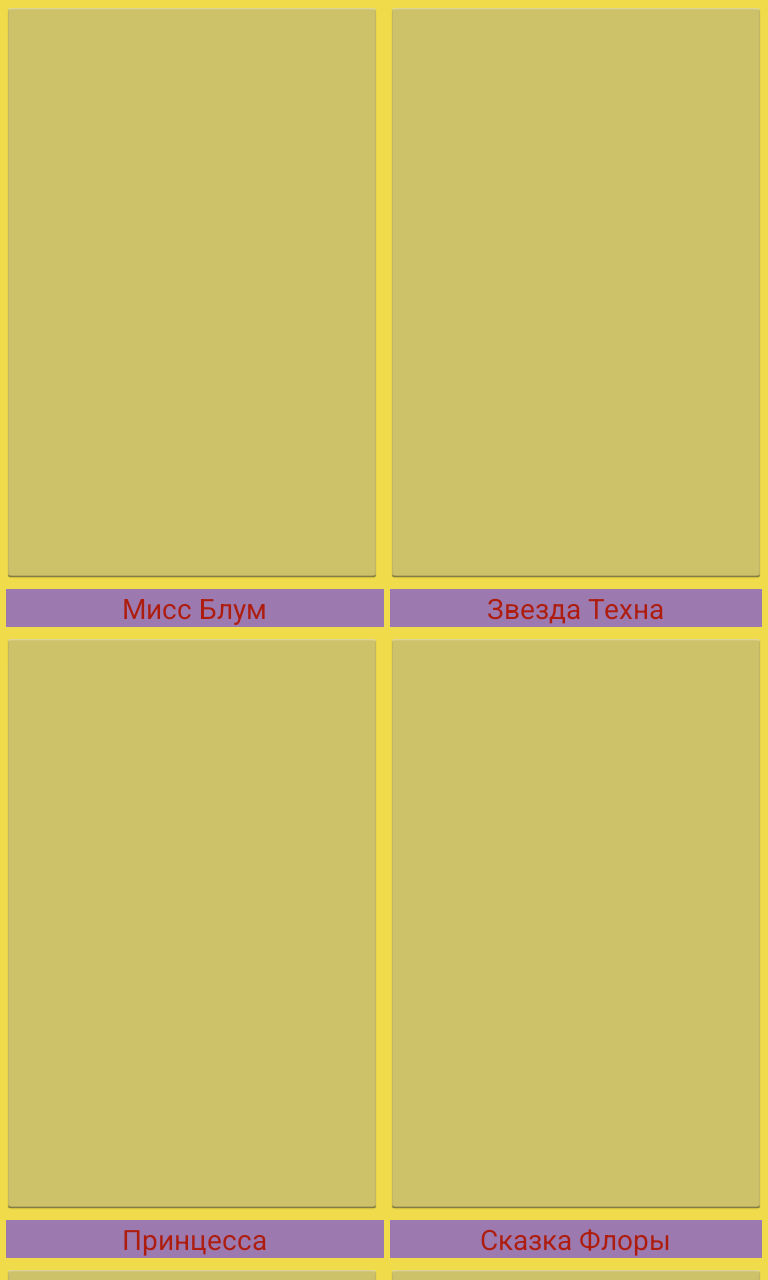
Repository: Skyremix/Winx
Layout: Winx/Winx/res/layout/stages.xml
An editor plug-in stored every save of this project. The layout is shown before and after the next save, followed by the edit.
It is drawn on a 768 x 1280 px phone screen (xhdpi) without system bars, with theme AppTheme; the app's code is not run.

Above is the layout before, as saved 2015-05-14 23:48:38.

### Winx/Winx/res/layout/stages.xml
<?xml version="1.0" encoding="utf-8"?>
<LinearLayout xmlns:android="http://schemas.android.com/apk/res/android"
    android:layout_width="match_parent"
    android:layout_height="match_parent"
    android:orientation="vertical"
    android:background="#F0DC4B">

    <LinearLayout
        android:layout_width="match_parent"
        android:layout_height="wrap_content"
        android:layout_weight="1" >

        <LinearLayout
            android:layout_width="match_parent"
            android:layout_height="match_parent"
            android:layout_weight="1" >

            <Button
                android:id="@+id/btnback"
                android:layout_width="wrap_content"
                android:layout_height="wrap_content"
                android:layout_gravity="center_horizontal"
                android:text="Back"
                android:textColor="#316664"/>

        </LinearLayout>

        <LinearLayout
            android:layout_width="match_parent"
            android:layout_height="match_parent"
            android:layout_weight="1">


        </LinearLayout>

    </LinearLayout>

    <LinearLayout
        android:layout_width="match_parent"
        android:layout_height="match_parent"
        android:layout_weight="1">

        <LinearLayout
            android:layout_width="match_parent"
            android:layout_height="match_parent"
            android:layout_weight="1" >

            <Button
                android:id="@+id/imageView1"
                android:layout_width="match_parent"
                android:layout_height="match_parent"
                android:layout_gravity="center_horizontal"
                android:src="@drawable/buttons"/>

        </LinearLayout>

        <LinearLayout
            android:layout_width="match_parent"
            android:layout_height="match_parent"
            android:layout_weight="1">

            <Button
                android:id="@+id/imageView2"
                android:layout_width="match_parent"
                android:layout_height="match_parent"
                android:src="@drawable/buttons" />

        </LinearLayout>

    </LinearLayout>

  <LinearLayout
	        android:layout_width="match_parent"
	        android:layout_height="wrap_content"
	        android:background="#F0DC4B" >

	                 <LinearLayout
            android:layout_width="match_parent"
            android:layout_height="match_parent"
            android:layout_weight="1.00"
            android:background="#9C79AE"
            android:gravity="center_horizontal"
            android:layout_marginTop="2dp"
            android:layout_marginLeft="3dp"
            android:layout_marginBottom="2dp">

            <TextView
                android:id="@+id/textView116"
                android:layout_width="wrap_content"
                android:layout_height="wrap_content"
                android:text="Мисс Блум"
                android:textColor="#AE1C0D"/>

        </LinearLayout>

         <LinearLayout
            android:layout_width="match_parent"
            android:layout_height="match_parent"
            android:layout_weight="1.00"
            android:background="#9C79AE"
            android:gravity="center_horizontal"
            android:layout_marginTop="2dp"
            android:layout_marginLeft="3dp"
            android:layout_marginBottom="2dp"
            android:layout_marginRight="3dp">

            <TextView
                android:id="@+id/textView1565"
                android:layout_width="wrap_content"
                android:layout_height="wrap_content"
                android:text="Звезда Техна"
                android:textColor="#AE1C0D"/>

        </LinearLayout>

    </LinearLayout>

    <LinearLayout
        android:layout_width="match_parent"
        android:layout_height="match_parent"
        android:layout_weight="1" >

        <LinearLayout
            android:layout_width="match_parent"
            android:layout_height="match_parent"
            android:layout_weight="1" >

            <Button
                android:id="@+id/imageView3"
                android:layout_width="match_parent"
                android:layout_height="match_parent"
                android:src="@drawable/buttons" />

        </LinearLayout>

        <LinearLayout
            android:layout_width="match_parent"
            android:layout_height="match_parent"
            android:layout_weight="1" >

            <Button
                android:id="@+id/imageView4"
                android:layout_width="match_parent"
                android:layout_height="match_parent"
                android:src="@drawable/buttons" />


        </LinearLayout>

    </LinearLayout>

	   <LinearLayout
	        android:layout_width="match_parent"
	        android:layout_height="wrap_content"
	        android:background="#F0DC4B" >

	                 <LinearLayout
            android:layout_width="match_parent"
            android:layout_height="match_parent"
            android:layout_weight="1.00"
            android:background="#9C79AE"
            android:gravity="center_horizontal"
            android:layout_marginTop="2dp"
            android:layout_marginLeft="3dp"
            android:layout_marginBottom="2dp">

            <TextView
                android:id="@+id/textView11776"
                android:layout_width="wrap_content"
                android:layout_height="wrap_content"
                android:text="Принцесса"
                android:textColor="#AE1C0D"/>

        </LinearLayout>

         <LinearLayout
            android:layout_width="match_parent"
            android:layout_height="match_parent"
            android:layout_weight="1.00"
            android:background="#9C79AE"
            android:gravity="center_horizontal"
            android:layout_marginTop="2dp"
            android:layout_marginLeft="3dp"
            android:layout_marginBottom="2dp"
            android:layout_marginRight="3dp">

            <TextView
                android:id="@+id/textView115565"
                android:layout_width="wrap_content"
                android:layout_height="wrap_content"
                android:text="Сказка Флоры"
                android:textColor="#AE1C0D"/>

        </LinearLayout>
    </LinearLayout>

    <LinearLayout
        android:layout_width="match_parent"
        android:layout_height="match_parent"
        android:layout_weight="1" >

        <LinearLayout
            android:layout_width="match_parent"
            android:layout_height="match_parent"
            android:layout_weight="1">

            <Button
                android:id="@+id/imageView5"
                android:layout_width="match_parent"
                android:layout_height="match_parent"
                android:src="@drawable/buttons" />

        </LinearLayout>

        <LinearLayout
            android:layout_width="match_parent"
            android:layout_height="match_parent"
            android:layout_weight="1" >

            <Button
                android:id="@+id/imageView6"
                android:layout_width="match_parent"
                android:layout_height="match_parent"
                android:src="@drawable/buttons" />

        </LinearLayout>

    </LinearLayout>

	    <LinearLayout
	        android:layout_width="match_parent"
	        android:layout_height="wrap_content"
	        android:background="#F0DC4B" >

	                 <LinearLayout
            android:layout_width="match_parent"
            android:layout_height="match_parent"
            android:layout_weight="1.00"
            android:background="#9C79AE"
            android:gravity="center_horizontal"
            android:layout_marginTop="2dp"
            android:layout_marginLeft="3dp"
            android:layout_marginBottom="2dp">

            <TextView
                android:id="@+id/textView119966"
                android:layout_width="wrap_content"
                android:layout_height="wrap_content"
                android:text="Восторг феи"
                android:textColor="#AE1C0D"/>

        </LinearLayout>

         <LinearLayout
            android:layout_width="match_parent"
            android:layout_height="match_parent"
            android:layout_weight="1.00"
            android:background="#9C79AE"
            android:gravity="center_horizontal"
            android:layout_marginTop="2dp"
            android:layout_marginLeft="3dp"
            android:layout_marginBottom="2dp"
            android:layout_marginRight="3dp">

            <TextView
                android:id="@+id/textView1584865"
                android:layout_width="wrap_content"
                android:layout_height="wrap_content"
                android:text="Красивая радуга"
                android:textColor="#AE1C0D"/>

        </LinearLayout>
    </LinearLayout>
        <LinearLayout
        android:layout_width="match_parent"
        android:layout_height="wrap_content"
        android:layout_weight="0.02"
        android:background="#333333" >
    </LinearLayout>
</LinearLayout>

Loaded but not shown: Winx/Winx/res/values/styles.xml (common file); Winx/Winx/res/values-v11/styles.xml (common file); Winx/Winx/res/values-v14/styles.xml (common file)

After the next save:
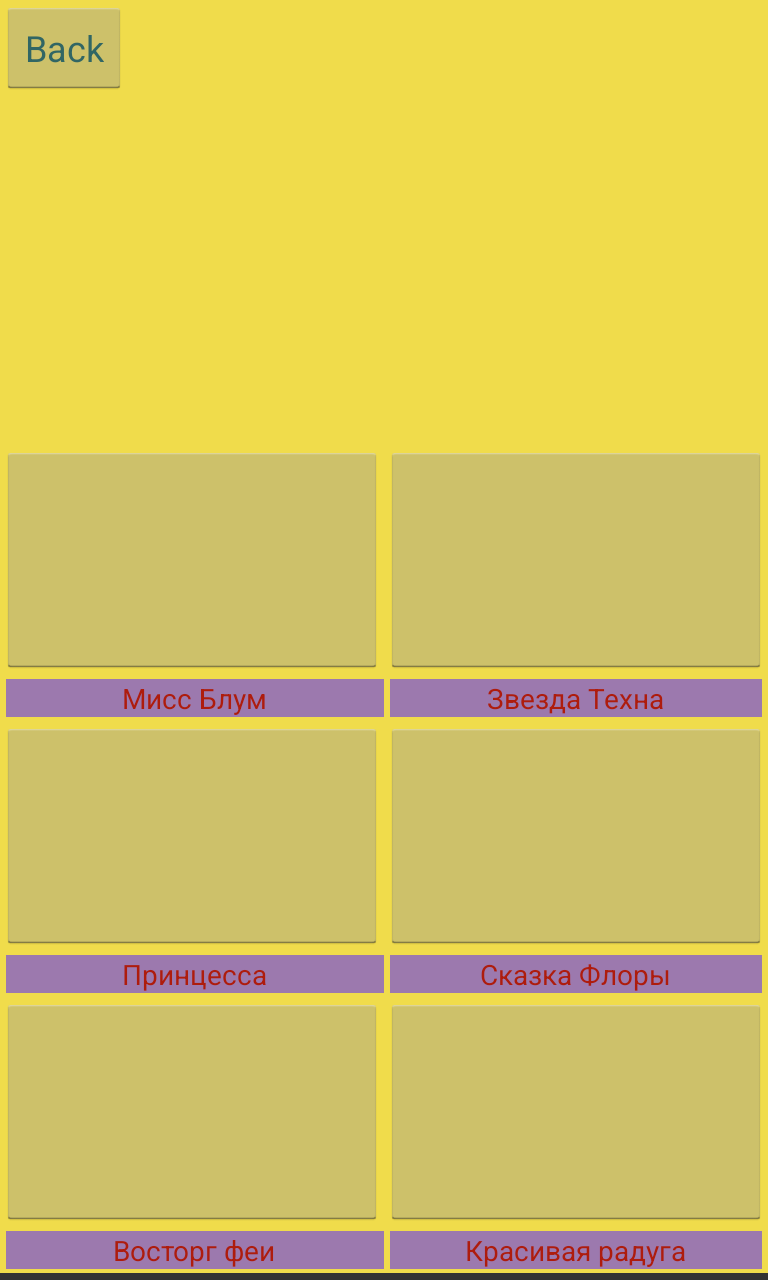
Saved 5 min 14 s later.
--- a/Winx/Winx/res/layout/stages.xml
+++ b/Winx/Winx/res/layout/stages.xml
@@ -37,8 +37,7 @@
 
     <LinearLayout
         android:layout_width="match_parent"
-        android:layout_height="match_parent"
-        android:layout_weight="1">
+        android:layout_height="115dp">
 
         <LinearLayout
             android:layout_width="match_parent"
@@ -117,8 +116,7 @@
 
     <LinearLayout
         android:layout_width="match_parent"
-        android:layout_height="match_parent"
-        android:layout_weight="1" >
+        android:layout_height="115dp" >
 
         <LinearLayout
             android:layout_width="match_parent"
@@ -196,8 +194,7 @@
 
     <LinearLayout
         android:layout_width="match_parent"
-        android:layout_height="match_parent"
-        android:layout_weight="1" >
+        android:layout_height="115dp" >
 
         <LinearLayout
             android:layout_width="match_parent"
